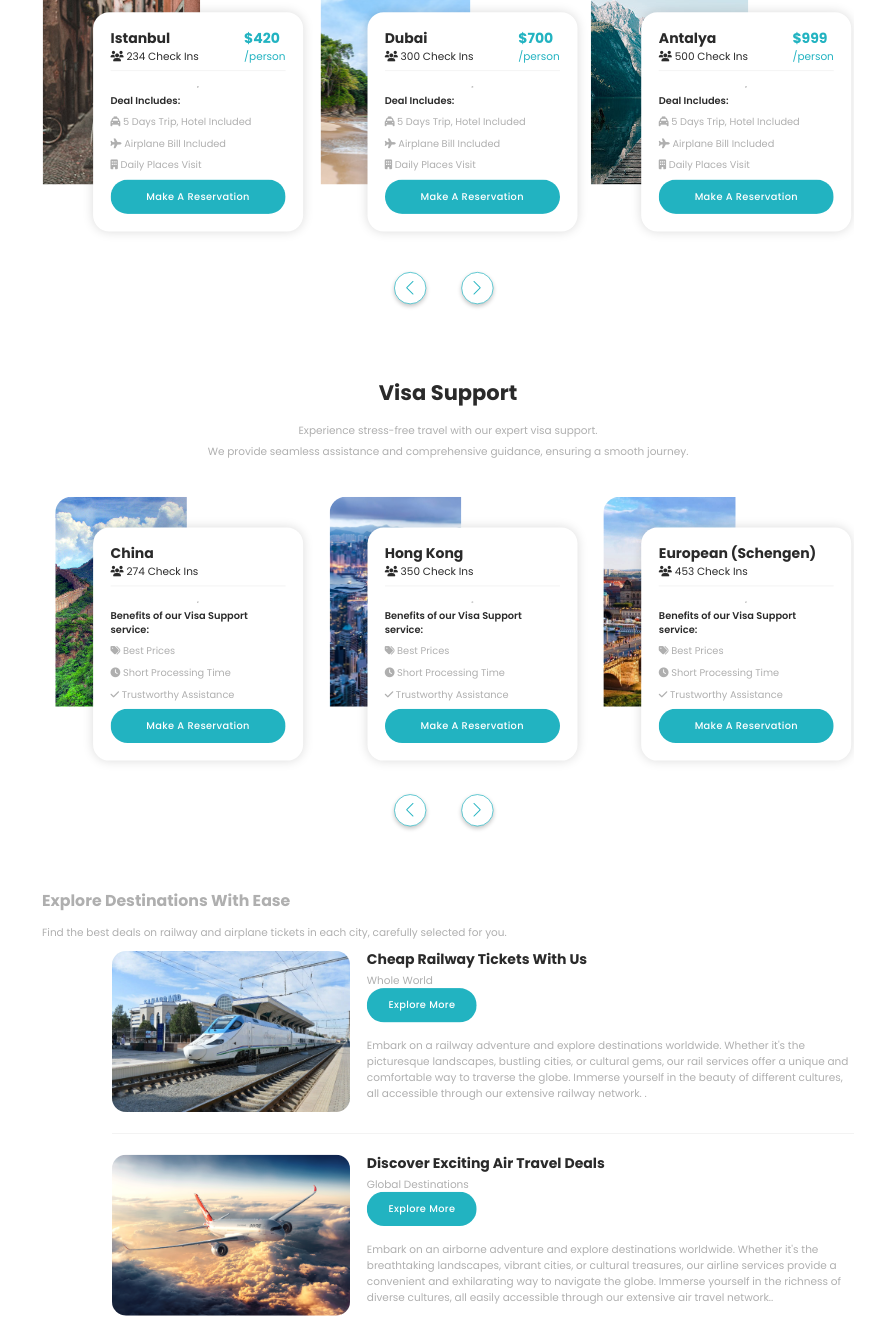
Repository: asadbekdev07/asadbekdev-zamontour-react
Page: /
The author's editor kept a copy of each file at every save. The page is drawn from the files as they stood at one save, then again after the next save.
The browser window is 1280 px wide. The pictures show the part of the page from y = 961 to 2881 px (the page is 2881 px tall before and 2874 px after), at 70% of full size.
The project was rebuilt for these pictures with package versions that can differ from the ones it lists, and the page was loaded fresh each time. Also part of the build but not shown: vite.config.js.

Above is the page before, as saved 2024-05-26 18:20:10.

### index.html
<!doctype html>
<html lang="en">
  <head>
    <meta charset="UTF-8" />
    <link rel="icon" type="image/svg+xml" href="/vite.svg" />
    <meta name="viewport" content="width=device-width, initial-scale=1.0" />
    <title>Vite + React</title>
    <link rel="stylesheet" href="https://cdnjs.cloudflare.com/ajax/libs/font-awesome/6.5.2/css/all.min.css" integrity="sha512-SnH5WK+bZxgPHs44uWIX+LLJAJ9/2PkPKZ5QiAj6Ta86w+fsb2TkcmfRyVX3pBnMFcV7oQPJkl9QevSCWr3W6A==" crossorigin="anonymous" referrerpolicy="no-referrer" />

  </head>
  <body>
    <div id="root"></div>
    <script type="module" src="/src/main.jsx"></script>
  </body>
</html>

### src/main.jsx
import React from 'react'
import ReactDOM from 'react-dom/client'
import App from './assets/components/App'
import './assets/styles/index.css'
import './i18n'

ReactDOM.createRoot(document.getElementById('root')).render(
  <React.StrictMode>
    <App />
  </React.StrictMode>,
)

### src/assets/components/App.jsx
import Destination from "./Destination"
import Offers from "./Offers"
import SiteHeader from "./Site-header"
import SliderHero from "./Slider-hero"
import Visa from "./Visa"

function App() {

  return (
    <>
      <SiteHeader />
      <SliderHero />
      <Offers />
      <Visa />
      <Destination />
    </>
  )
}

export default App

### src/assets/styles/index.css
/* CUSTOM PROPS */
:root {
  --primary-color: #22b3c1;
  --primary-bg-color: #ffffff;
  --border-color: #eeeeee;
  --secondary-text-color: #2a2a2a;
  --grayish-text-color: #afafaf;
  --form-border-color: #e0e0e0;
}

/* FONT-FACE  */
@font-face {
  font-family: "Poppins";
  src: url("../fonts/Poppins-Regular.woff2") format("woff2"), url("../fonts/Poppins-Regular.woff") format("woff");
  font-weight: normal;
  font-style: normal;
  font-display: swap;
}
@font-face {
  font-family: "Poppins";
  src: url("../fonts/Poppins-BoldItalic.woff2") format("woff2"), url("../fonts/Poppins-BoldItalic.woff") format("woff");
  font-weight: bold;
  font-style: italic;
  font-display: swap;
}
@font-face {
  font-family: "Poppins";
  src: url("../fonts/Poppins-SemiBold.woff2") format("woff2"), url("../fonts/Poppins-SemiBold.woff") format("woff");
  font-weight: 600;
  font-style: normal;
  font-display: swap;
}
@font-face {
  font-family: "Poppins";
  src: url("../fonts/Poppins-Medium.woff2") format("woff2"), url("../fonts/Poppins-Medium.woff") format("woff");
  font-weight: 500;
  font-style: normal;
  font-display: swap;
}
@font-face {
  font-family: "Poppins";
  src: url("../fonts/Poppins-Bold.woff2") format("woff2"), url("../fonts/Poppins-Bold.woff") format("woff");
  font-weight: bold;
  font-style: normal;
  font-display: swap;
}

/* GLOBAL  */
html {
  box-sizing: border-box;
  height: 100%;
  scroll-behavior: smooth;
}

*,
*::before,
*::after {
  box-sizing: inherit;
}

:focus {
  outline: 2px dotted var(--primary-color);
  outline-offset: 3px;
}

body {
  display: flex;
  flex-direction: column;
  height: 100%;
  padding: 0;
  margin: 0;
  font-weight: 400;
  font-family: "Poppins", "Arial", sans-serif;
  font-size: 15px;
  background-color: #ffffff;
  color: var(--grayish-text-color);
}

img {
  max-width: 100%;
  height: auto;
}

/* AUTOFILL-STYLES */
/*input:-webkit-autofill,
input:-webkit-autofill:hover,
input:-webkit-autofill:focus,
textarea:-webkit-autofill,
textarea:-webkit-autofill:hover,
textarea:-webkit-autofill:focus,
select:-webkit-autofill,
select:-webkit-autofill:hover,
select:-webkit-autofill:focus {
  border-color: transparent;
  -webkit-text-fill-color: inherit;
  -webkit-box-shadow: 0 0 0px 1000px #fff inset;
}*/


/* PLACEHOLDER-STYLES */
/*::-webkit-input-placeholder,
::-moz-placeholder,
:-ms-input-placeholder,
:-moz-placeholder {
  color: rgba(52, 49, 61, 0.5);
  opacity: 1;
}*/


/* VISUALLY-HIDDEN */
.visually-hidden {
  position: absolute;
  width: 1px;
  height: 1px;
  margin: -1px;
  border: 0;
  padding: 0;
  clip: rect(0 0 0 0);
  overflow: hidden;
}


/* CONTAINER  */
.container {
  width: 100%;
  max-width: 1200px;
  padding-left: 20px;
  padding-right: 20px;
  margin-left: auto;
  margin-right: auto;
}

/* MAIN-CONTENT  */
.main-content {
  flex-grow: 1;
}

/* BUTTON  */
.button {
  padding: 13px 30px;
  margin: 0;
  display: inline-block;
  border-radius: 25px;
  font-weight: 500;
  line-height: 21px;
  font-size: 14px;
  letter-spacing: 0.5px;
  transition: color 0.4s ease;
  text-transform: capitalize;
  border: 1px solid transparent;
  background-color: #22b3c1;
  color: #ffffff;
  overflow: hidden;
  text-decoration: none;
  cursor: pointer;
  white-space: nowrap;
  text-align: center;
}
.button:hover {
  opacity: 0.8;
}
.button:active {
  opacity: 0.6;
}

.button--arrow {
  color: #22b3c1;
  transition: all 0.5s ease;
  text-decoration: none;
}

.button--white {
  background-color: #ffffff;
  color: #22b3c1;
}
.button--white:hover {
  background-color: #22b3c1;
  color: #ffffff;
  opacity: 1;
}

.button--form {
  width: 100%;
  display: block;
}

.button--cta {
  border: 1px solid #e0e0e0;
}
.button--cta:hover {
  background-color: #ffffff;
  color: #22b3c1;
  opacity: 1;
}

/* SITE-HEADER  */
.site-header {
  position: relative;
  padding: 15px 20px;
  background-color: var(--primary-color);
}

.site-header :focus {
  outline: 2px dotted var(--primary-bg-color);
  outline-offset: 3px;
}

.site-header__container {
  display: flex;
  align-items: center;
  justify-content: space-between;
}

.site-header__sitenav {
  display: flex;
  align-items: center;
  justify-content: space-between;
}

.sitenav__list {
  padding: 0;
  margin: 0;
  list-style: none;
  display: flex;
  align-items: center;
}

.sitenav__item {
  margin-right: 30px;
}

.sitenav__link {
  text-decoration: none;
  color: var(--primary-bg-color);
  transition: color 0.4s ease;
}

.sitenav__link:hover {
  color: var(--secondary-text-color);
}

.sitenav__link:active {
  opacity: 0.6;
}

.lang {
  margin: 0;
  padding: 0;
  list-style: none;
  display: flex;
  align-items: center;
}

.lang__item {
  margin-right: 30px;
}

.lang__link {
  text-decoration: none;
  color: var(--primary-bg-color);
  transition: color 0.4s ease;
}

.lang__link:hover {
  color: var(--secondary-text-color);
}

.lang__link:active {
  opacity: 0.6;
}

.social {
  margin: 0;
  padding: 0;
  list-style: none;
  display: flex;
  align-items: center;
}

.social__item:not(:last-child) {
  margin-right: 30px;
}

.social__link {
  display: block;
  text-decoration: none;
}

.social__icon {
  display: block;
  color: var(--primary-bg-color);
}

.fa-telegram {
  transition: color 0.4s ease;
}

.fa-instagram {
  transition: color 0.4s ease;
}

.fa-telegram:hover {
  color: var(--secondary-text-color)
}

.fa-instagram:hover {
  color: var(--secondary-text-color)
}

.site-header__toggler {
  display: none;
  width: 24px;
  height: 22px;
  border: 0;
  background-color: transparent;
  padding: 0;
  margin: 0;
  color: var(--primary-bg-color);
}

/* SLIDER-HERO  */
.slider {
  background-position: center;
  background-repeat: no-repeat;
  background-size: cover;
}

.slider__container {
  width: 90%;
  padding-top: 90px;
  padding-bottom: 90px;
  display: flex;
  flex-direction: column;
  align-items: center;
}

.slider__top {
  padding-top: 50px;
  width: 100%;
  text-align: center;
}

.slider__top-heading {
  margin-top: 0;
  margin-bottom: 20px;
  font-weight: 500;
  font-size: 20px;
  color: var(--primary-bg-color);
}

.slider__top-city {
  margin-top: 0;
  margin-bottom: 30px;
  font-weight: 700;
  font-size: 50px;
  color: var(--primary-bg-color);
}

.slider__bottom {
  width: 100%;
}

.list {
  padding: 0;
  margin: 0;
  list-style: none;
  padding: 30px 60px;
  margin-top: 40px;
  display: flex;
  align-items: center;
  justify-content: space-between;
  border-radius: 60px;
  background-color: var(--primary-bg-color);
}

.list__item-inner {
  display: flex;
  align-items: center;
}
.list__item-inner .fa {
  display: flex;
  align-items: center;
  justify-content: center;
  margin-right: 20px;
  width: 60px;
  height: 60px;
  border-radius: 50%;
  line-height: 50px;
  font-size: 25px;
  text-align: center;
  border: 1px solid var(--primary-color);
  color: var(--primary-color);
}

.list__subheading {
  margin: 0;
  font-weight: 700;
  font-size: 20px;
  line-height: 28px;
  color: var(--primary-color);
}
.list__subheading span {
  font-weight: 400;
  font-size: 15px;
  color: var(--grayish-text-color);
}

.lang__link.selected {
  font-weight: bold;
  color: var(--primary-color);
  text-decoration: underline;
}

/* OFFERS  */
.offers,
.visa {
  position: relative;
  padding-top: 80px;
  padding-bottom: 80px;
}

.offers__content,
.visa__content {
  width: 70%;
  margin-left: 15%;
  margin-right: 15%;
  margin-bottom: 50px;
  text-align: center;
}

.offers__title,
.visa__title {
  margin-top: 0;
  margin-bottom: 20px;
  font-weight: 700;
  font-size: 30px;
  line-height: 36px;
  text-transform: capitalize;
  color: var(--secondary-text-color);
}

.offers__description,
.visa__description {
  line-height: 30px;
}

.offers__card,
.visa__card {
  width: 350px;
  height: 420px;
  border-radius: 8px;
  display: flex;
  cursor: pointer;
  align-items: center;
  justify-content: center;
  flex-direction: column;
  position: relative;
}

.offers__img,
.visa__img {
  height: 300px;
  padding-right: 150px;
  padding-bottom: 120px;
  border-top-left-radius: 23px;
  border-bottom-left-radius: 23px;
}


.visa__img {
  width: 50%;
  object-fit: cover;
}

.inner {
  position: absolute;
  right: 1%;
  display: flex;
  flex-direction: column;
  justify-content: center;
  position: absolute;
  z-index: 10000;
  width: 250px;
  padding: 25px;
  border-radius: 23px;
  box-shadow: 0px 0px 15px rgba(0, 0, 0, 0.15);
  background-color: var(--primary-bg-color);
}

.inner__top {
  display: flex;
  align-items: center;
  justify-content: space-between;
  padding-bottom: 10px;
  position: relative;
  margin-bottom: 15px;
  border-bottom: 1px solid #eee;
}

.inner__top h4 {
  font-size: 20px;
  line-height: 24px;
  color: var(--secondary-text-color);
  margin: 0;
}

.inner__top h6 {
  margin: 0;
  font-weight: 700;
  font-size: 20px;
  line-height: 24px;
  color: var(--primary-color);
}
.inner__top span {
  font-weight: 400;
  font-size: 15px;
  line-height: 18px;
}

.inner__list {
  margin: 0;
  padding: 0;
  list-style: none;
  margin-bottom: 10px;
}

.inner__list li:not(:last-child) {
  margin-bottom: 10px;
}

.inner__list li:not(:first-child) {
  font-size: 14px;
  line-height: 21px;
  color: var(--grayish-text-color);
}

.inner__list-title {
  font-weight: 600;
  font-size: 14px;
  line-height: 20px;
  color: var(--secondary-text-color);
}

.swiper-buttons {
  display: flex;
  justify-content: center;
  position: absolute;
  left: 42%;
  bottom: 10%; /* Adjust as needed */
  width: 15%;
}

.swiper-button-next,
.swiper-button-prev {
  width: 46px;
  height: 46px;
  border-radius: 50%;
  border: 1.5px solid var(--primary-color);
  background-color: var(--primary-bg-color);
  color: var(--primary-color);
  text-align: center;
  line-height: 44px;
  cursor: pointer;
  box-shadow: 0 3px 6px rgba(0, 0, 0, 0.23);
  margin: 0 15px;
  font-size: 20px;
}

.swiper-button-next:hover,
.swiper-button-prev:hover {
  background-color: var(--primary-color);
  color: var(--primary-bg-color);
}

.swiper-button-next::after,
.swiper-button-prev::after {
  font-size: 20px; /* Custom size for the arrow icons */
}

/* DESTINATION  */
.destination {
  padding: 40px;
}

.destination__content {
  width: 100%;
  max-width: 450px;
  margin-bottom: 65px;
}

.destination__heading {
  margin: 0;
  margin-bottom: 20px;
  font-weight: 700;
  font-size: 30px;
  line-height: 36px;
  color: #2a2a2a;
}

.destination__description {
  margin: 0;
  line-height: 30px;
}

.destination__list {
  padding: 0;
  margin: 0;
  list-style: none;
  padding-left: 100px;
}

.destination__item {
  display: flex;
}
.destination__item:not(:last-child) {
  padding-bottom: 30px;
  margin-bottom: 30px;
  border-bottom: 1px solid #eeeeee;
}

.destination__img {
  margin-right: 24px;
  border-radius: 20px;
}

.destination__inner {
  width: 75%;
  position: relative;
}

.destination__inner-heading {
  margin: 0;
  margin-bottom: 6px;
  font-weight: 700;
  font-size: 20px;
  line-height: 24px;
  color: #2a2a2a;
}

@media only screen and (min-width: 1000px) and (max-width: 1200px) {
  .offers__card {
    width: 30%;
  }

  .offers__img {
    height: 300px;
    padding-right: 85px;
    padding-bottom: 120px;
  }

  .inner {
    width: 210px;
    padding: 21px;
  }
}
@media only screen and (max-width: 1000px) {
  .offers__card {
    width: 45%;
  }

  .offers__img {
    height: 300px;
    padding-right: 60px;
    padding-bottom: 120px;
  }

  .inner {
    width: 225px;
    padding: 25px;
  }

  .swiper-buttons {
    left: 45%;
  }

  .swiper-button-next,
  .swiper-button-prev {
    margin: 0 0;
  }
}

@media only screen and (max-width: 900px) {
  .site-header__sitenav {
    display: none;
  }

  .site-header__toggler {
    display: block;
  }

  .site-header.is-open .site-header__sitenav {
    z-index: 1000;
    width: 90%;
    display: flex;
    flex-direction: column;
    position: absolute;
    top: 90%;
    left: 5%;
    right: 5%;
    background-color: var(--primary-bg-color);
  }

  .site-header.is-open .sitenav {
    width: 100%;
  }

  .site-header.is-open .sitenav__list,
  .site-header.is-open .social,
  .site-header.is-open .lang {
    display: flex;
    flex-direction: column;
    width: 100%;
  }

  .site-header.is-open .sitenav__item,
  .site-header.is-open .lang__item,
  .site-header.is-open .social__item {
    width: 100%;
    margin: 0;
    padding-top: 8px;
    padding-bottom: 8px;
    border-bottom: 1px solid var(--form-border-color);
    text-align: center;
  }

  .site-header.is-open .sitenav__link,
  .site-header.is-open .lang__link,
  .site-header.is-open .social__link,
  .site-header.is-open .social__icon {
    color: var(--secondary-text-color);
  }

  .site-header.is-open .lang__link:hover,
  .site-header.is-open .social__link:hover,
  .site-header.is-open .social__icon:hover {
    color: var(--primary-color);
  }
  /* LIST */
  .list__subheading {
    font-size: 15px;
    line-height: 18px;
  }
  .list__subheading span {
    font-size: 12px;
  }
  .list__item-inner .fa {
    margin-right: 15px;
    width: 50px;
    height: 50px;
    border-radius: 50%;
    line-height: 40px;
    font-size: 20px;
  }
}

@media only screen and (max-width: 800px) {
  .button {
    padding: 10px 20px;
    border-radius: 20px;
    font-weight: 400;
    line-height: 15px;
    font-size: 13px;
    letter-spacing: 0.5px;
  }
  /* SLIDER  */
  .slider__top-heading {
    margin-bottom: 18px;
    font-weight: 500;
    font-size: 16px;
  }
  .slider__top-city {
    margin-top: 0;
    margin-bottom: 25px;
    font-weight: 700;
    font-size: 40px;
  }

  .swiper-button-next,
  .swiper-button-prev {
    margin: 0 -8px;
  }
}

@media only screen and (min-width: 500px) and (max-width: 700px) {
  .offers__img,
  .visa__img {
    padding-right: 120px;
  }
  .inner {
    width: 275px;
    margin-right: 30px;
  }
}

@media only screen and (max-width: 700px) {
  .list {
    padding: 20px 40px;
    margin-top: 30px;
    border-radius: 50px;
  }
  .list__item-inner .fa {
    margin-right: 12px;
    width: 35px;
    height: 35px;
    border-radius: 50%;
    line-height: 25px;
    font-size: 15px;
  }
  .list__subheading {
    font-size: 13px;
    line-height: 15px;
  }
  .list__subheading span {
    font-size: 10px;
  }
  .offers__content {
    width: 90%;
    margin-left: 5px;
    margin-right: 5px;
  }
  .offers__title,
  .visa__title {
    font-size: 25px;
  }
  .offers__description,
  .visa__description {
    line-height: 25px;
  }
  .offers__img {
    width: 300px;
  }
  .swiper-button-next,
  .swiper-button-prev {
    margin: 0 -12px;
  }
}

@media only screen and (max-width: 600px) {
  .button {
    padding: 8px 18px;
    border-radius: 18px;
    font-weight: 400;
    line-height: 10px;
    font-size: 10px;
    letter-spacing: 0.5px;
  }
  /* SLIDER  */
  .slider {
    padding-top: 0;
    padding-bottom: 0;
  }
  .slider__top {
    padding-top: 20px;
  }
  .slider__top-heading {
    margin-bottom: 14px;
    font-weight: 500;
    font-size: 12px;
  }
  .slider__top-city {
    margin-top: 0;
    margin-bottom: 20px;
    font-weight: 700;
    font-size: 30px;
  }
  /* LIST  */
  .list__item-inner .fa {
    margin-right: 10px;
    width: 30px;
    height: 30px;
    border-radius: 50%;
    line-height: 20px;
    font-size: 12px;
  }
  .list__subheading {
    font-size: 10px;
    line-height: 12px;
  }
  .list__subheading span {
    font-size: 8px;
  }
  .swiper-button-next,
  .swiper-button-prev {
    margin: 0 -20px;
  }
}

@media only screen and (max-width: 500px) {
  .button {
    padding: 6px 12px;
    border-radius: 15px;
    font-weight: 400;
    line-height: 1;
    font-size: 7px;
    letter-spacing: 0.5px;
  }
  /* SLIDER  */

  .slider__container {
    padding-top: 50px;
    padding-bottom: 50px;
  }
  /* LIST  */
  .list {
    padding: 15px 22px;
    margin-top: 25px;
    border-radius: 40px;
  }
  .list__item-inner .fa {
    margin-right: 5px;
    width: 20px;
    height: 20px;
    border-radius: 50%;
    line-height: 10px;
    font-size: 8px;
  }
  .list__subheading {
    font-size: 7px;
    line-height: 1;
  }
  .list__subheading span {
    font-size: 5px;
  }
  .offers__img {
    width: 230px;
  }
  .swiper-button-next,
  .swiper-button-prev {
    margin: 0 -35px;
  }
}

@media
only screen and (-webkit-min-device-pixel-ratio: 2),
only screen and (   min--moz-device-pixel-ratio: 2),
only screen and (     -o-min-device-pixel-ratio: 2/1),
only screen and (        min-device-pixel-ratio: 2),
only screen and (                min-resolution: 192dpi),
only screen and (                min-resolution: 2dppx) {

}

### src/i18n.jsx
import i18n from 'i18next';
import { initReactI18next } from 'react-i18next';
import Backend from 'i18next-http-backend';
import laungageDetector from 'i18next-browser-languagedetector';
import enLang from '../public/locales/en.json'
import uzLang from '../public/locales/uz.json'
import ruLang from '../public/locales/ru.json'

i18n
.use(Backend)
.use(laungageDetector)
.use(initReactI18next)
.init({
  fallbackLng: 'en',
  lng: 'en',
  debug: true,
  resources: {
    en:{translation: enLang},
    uz:{translation: uzLang},
    ru:{translation: ruLang}
  }
})

export default i18n;

### src/assets/components/Destination.jsx
import afrasiab from "/img/afr.jpg";
import airplane from "/img/airplane.jpg";
const Destination = () => {
  return (
    <section className="destination">
      <div className="container">
        <div className="destination__top">
          <h2 className="destination__top-heading">Explore Destinations With Ease</h2>
          <p className="destination__top-text">Find the best deals on railway and airplane tickets in each city, carefully selected for you.</p>
        </div>

        <ul className="destination__list">
          <li className="destination__item">
            <img className="destination__img" src={afrasiab} alt="Train img" width={340} height={228}/>
            <div className="destination__inner">
              <h3 className="destination__inner-heading">Cheap Railway Tickets With Us</h3>
              <span className="destination__inner-span">Whole World</span>
              <div className="wrapper__desc">
                <div className="button__wrapper">
                <a className="button" href="#contact">Explore More</a>
                </div>
                <p className="destination__inner-description">Embark on a railway adventure and explore destinations worldwide. Whether it&apos;s the picturesque landscapes, bustling cities, or cultural gems, our rail services offer a unique and comfortable way to traverse the globe. Immerse yourself in the beauty of different cultures, all accessible through our extensive railway network. .</p>
              </div>
            </div>
          </li>

          <li className="destination__item">
            <img className="destination__img" src={airplane} alt="Airplane img" width={340} height={228}/>
            <div className="destination__inner">
              <h3 className="destination__inner-heading">Discover Exciting Air Travel Deals</h3>
              <span className="destination__inner-span">Global Destinations</span>
              <div className="button__wrapper">
                <a className="button" href="#contact">Explore More</a>
              </div>
              <p className="destination__inner-description">Embark on an airborne adventure and explore destinations worldwide. Whether it&apos;s the breathtaking landscapes, vibrant cities, or cultural treasures, our airline services provide a convenient and exhilarating way to navigate the globe. Immerse yourself in the richness of diverse cultures, all easily accessible through our extensive air travel network..</p>
            </div>
          </li>
        </ul>
      </div>
    </section>
  )
}

export default Destination

Loaded but not shown: public/locales/uz.json (12 lines, source omitted); public/locales/en.json (12 lines, source omitted); public/locales/ru.json (12 lines, source omitted); src/assets/components/Site-header.jsx (106 lines, source omitted); src/assets/components/Offers.jsx (86 lines, source omitted); src/assets/components/Visa.jsx (86 lines, source omitted); src/assets/components/Slider-hero.jsx (113 lines, source omitted)

After the next save:
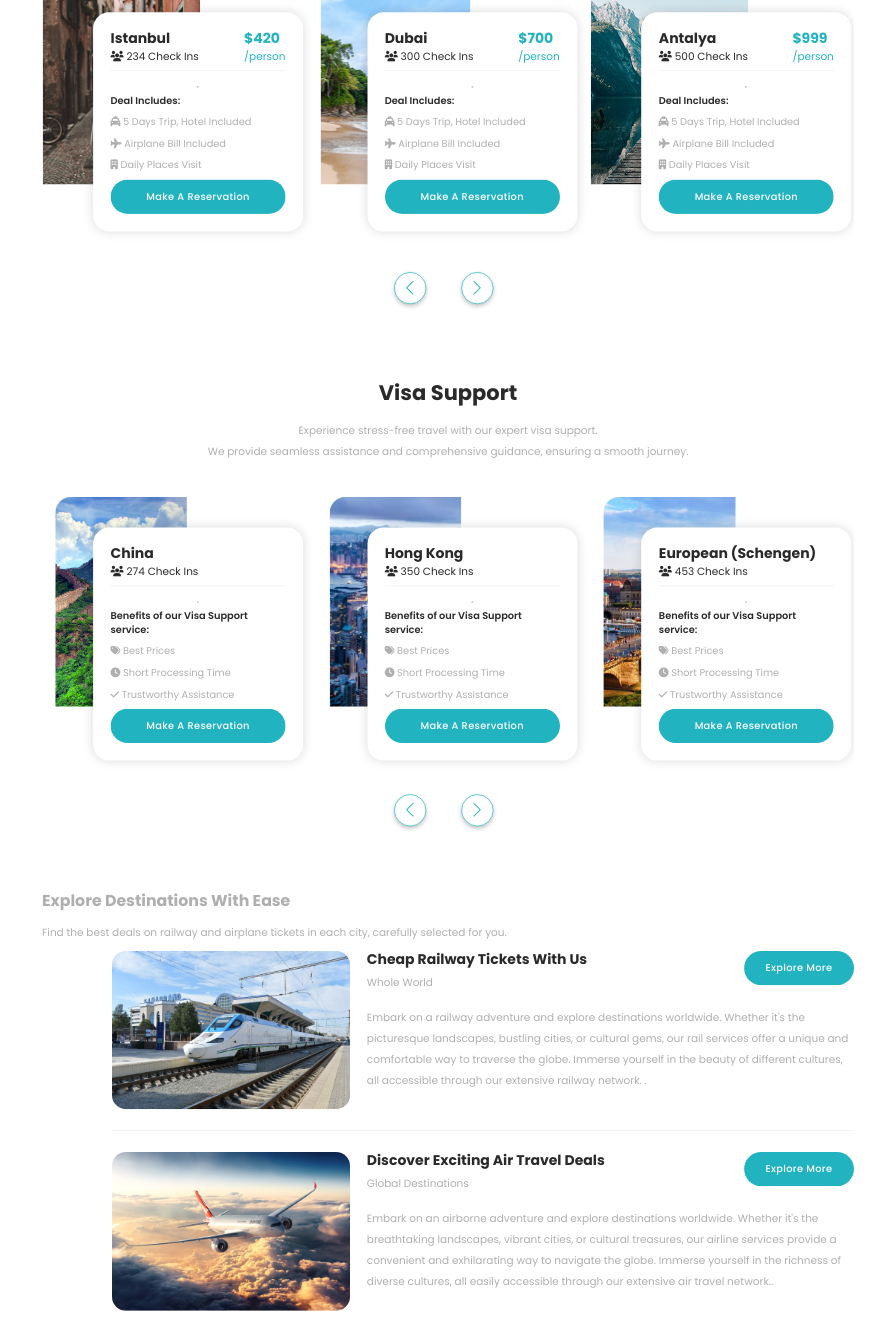
Saved 47 s later.
--- a/src/assets/styles/index.css
+++ b/src/assets/styles/index.css
@@ -637,6 +637,22 @@ select:-webkit-autofill:focus {
   color: #2a2a2a;
 }
 
+.destination__inner-span {
+  line-height: 30px;
+}
+
+.button__wrapper {
+  position: absolute;
+  top: 0;
+  right: 0;
+}
+
+.destination__inner-description {
+  margin: 0;
+  margin-top: 20px;
+  line-height: 30px;
+}
+
 @media only screen and (min-width: 1000px) and (max-width: 1200px) {
   .offers__card {
     width: 30%;
